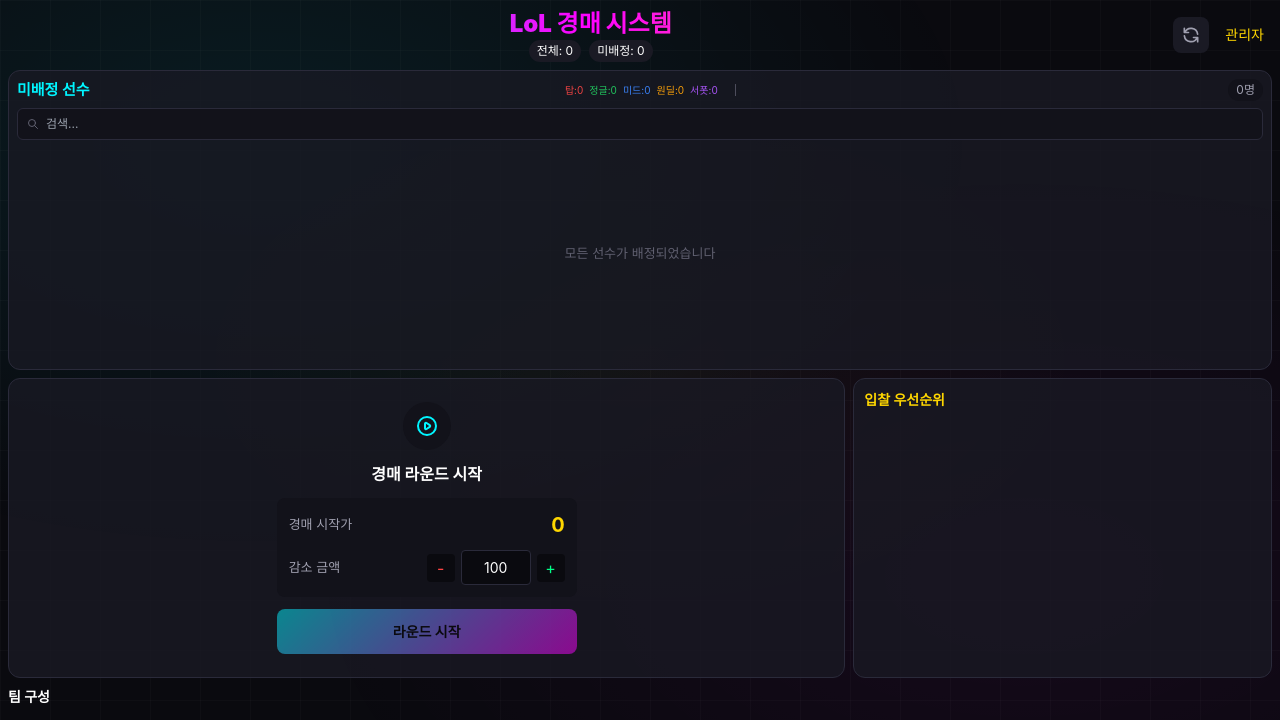
Repository: haamin-choi-imweb-me/lol-auction
Page: /
These files come from the project's save history. The page is drawn as it stood at one moment and after the next save; the edit follows.
The browser window is 1280 px wide. The pictures show the whole page.
The page's requests for data from a server got no answer. Some web fonts or font styles are not loaded; a fallback is used. The project was rebuilt for these pictures with package versions that can differ from the ones it lists, and the page was loaded fresh each time. The framework's server and built-in components were replaced by stand-ins that run in the browser. No one was signed in, and anything a server would have sent is missing. Also part of the build but not shown: next.config.js, src/components/TeamCard.tsx.

Above is the page before, as saved 2025-12-04 04:22:00.

After the next save:
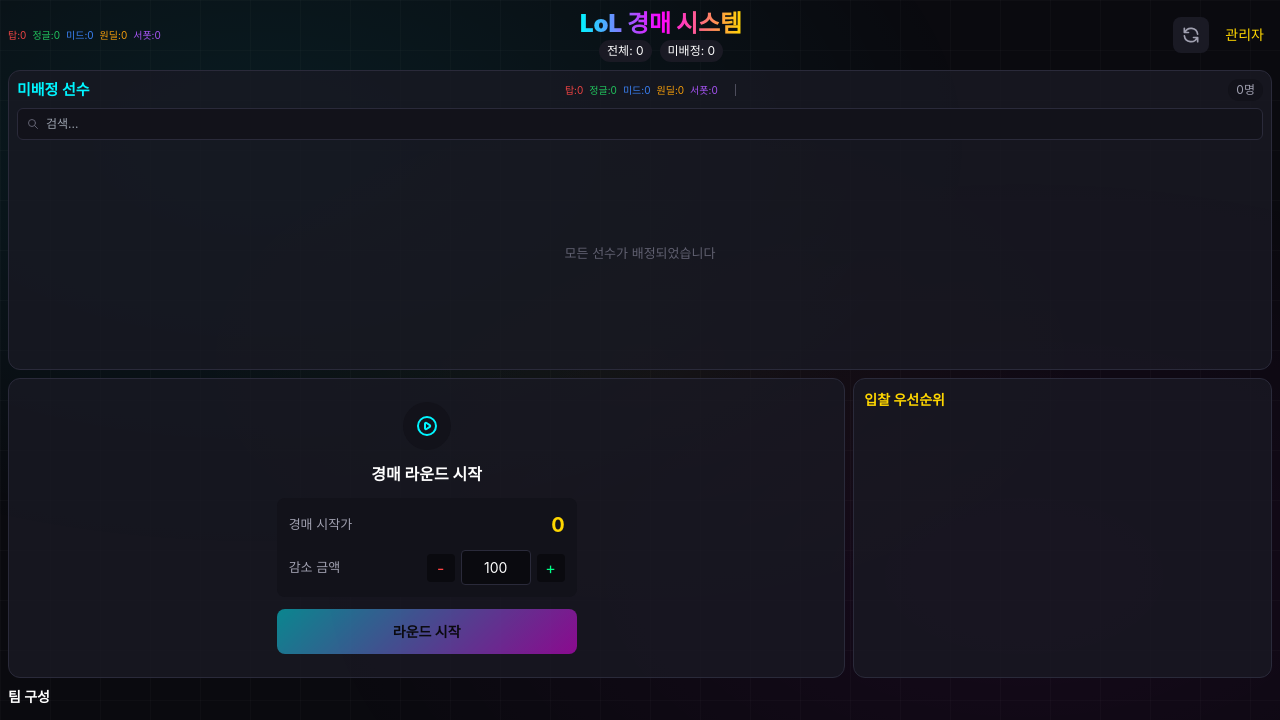
Saved 10 min 12 s later.
--- a/src/app/page.tsx
+++ b/src/app/page.tsx
@@ -33,6 +33,29 @@
     [state.teams, sortTeamsByPoints]
   );
 
+  // 라인별 통계
+  const roleStats = useMemo(() => {
+    const stats = { 탑: 0, 정글: 0, 미드: 0, 원딜: 0, 서폿: 0 };
+    state.availablePlayers.forEach(p => {
+      if (stats[p.mainRole as keyof typeof stats] !== undefined) {
+        stats[p.mainRole as keyof typeof stats]++;
+      }
+    });
+    return stats;
+  }, [state.availablePlayers]);
+
+  // 티어별 통계
+  const tierStats = useMemo(() => {
+    const stats = { 챌린저: 0, 그랜드마스터: 0, 마스터: 0, 다이아: 0, 에메랄드: 0, 플레티넘: 0, 골드: 0, 실버: 0, 브론즈: 0, 아이언: 0 };
+    state.availablePlayers.forEach(p => {
+      const baseTier = p.tier.replace(/[1-4]$/, '');
+      if (stats[baseTier as keyof typeof stats] !== undefined) {
+        stats[baseTier as keyof typeof stats]++;
+      }
+    });
+    return stats;
+  }, [state.availablePlayers]);
+
   const currentBidderId = state.currentRound?.bidOrder[state.currentRound.currentBidderIndex]?.leader.id;
 
   if (isLoading) {
@@ -47,7 +70,16 @@
     <div style={{ height: '100vh', display: 'flex', flexDirection: 'column', padding: '8px', gap: '8px', overflow: 'hidden' }}>
       {/* Header */}
       <header style={{ display: 'flex', alignItems: 'center', justifyContent: 'space-between', flexShrink: 0 }}>
-        <div style={{ flex: 1, textAlign: 'center' }}>
+        {/* 라인별 통계 */}
+        <div style={{ display: 'flex', gap: '6px', fontSize: '10px', color: 'var(--text-muted)' }}>
+          <span style={{ color: '#ef4444' }}>탑:{roleStats.탑}</span>
+          <span style={{ color: '#22c55e' }}>정글:{roleStats.정글}</span>
+          <span style={{ color: '#3b82f6' }}>미드:{roleStats.미드}</span>
+          <span style={{ color: '#f59e0b' }}>원딜:{roleStats.원딜}</span>
+          <span style={{ color: '#a855f7' }}>서폿:{roleStats.서폿}</span>
+        </div>
+
+        <div style={{ textAlign: 'center' }}>
           <h1 className="text-2xl font-black bg-gradient-to-r from-[var(--accent-cyan)] via-[var(--accent-magenta)] to-[var(--accent-gold)] bg-clip-text text-transparent">
             LoL 경매 시스템
           </h1>
@@ -56,15 +88,31 @@
             <span className="px-2 py-0.5 rounded-full bg-[var(--bg-card)]">미배정: {state.availablePlayers.length}</span>
           </div>
         </div>
-        <div style={{ display: 'flex', gap: '8px' }}>
-          <button onClick={refreshData} className="p-2 rounded-lg bg-[var(--bg-card)] text-[var(--text-secondary)]">
-            <svg className="w-5 h-5" fill="none" stroke="currentColor" viewBox="0 0 24 24">
-              <path strokeLinecap="round" strokeLinejoin="round" strokeWidth={2} d="M4 4v5h.582m15.356 2A8.001 8.001 0 004.582 9m0 0H9m11 11v-5h-.581m0 0a8.003 8.003 0 01-15.357-2m15.357 2H15" />
-            </svg>
-          </button>
-          <Link href="/admin" className="p-2 rounded-lg bg-[var(--accent-gold)]/20 text-[var(--accent-gold)] text-sm font-medium">
-            관리자
-          </Link>
+
+        {/* 티어별 통계 + 버튼 */}
+        <div style={{ display: 'flex', alignItems: 'center', gap: '12px' }}>
+          <div style={{ display: 'flex', gap: '4px', fontSize: '10px', color: 'var(--text-muted)' }}>
+            {tierStats.챌린저 > 0 && <span style={{ color: '#f43f5e' }}>챌:{tierStats.챌린저}</span>}
+            {tierStats.그랜드마스터 > 0 && <span style={{ color: '#dc2626' }}>그마:{tierStats.그랜드마스터}</span>}
+            {tierStats.마스터 > 0 && <span style={{ color: '#a855f7' }}>마:{tierStats.마스터}</span>}
+            {tierStats.다이아 > 0 && <span style={{ color: '#22d3ee' }}>다:{tierStats.다이아}</span>}
+            {tierStats.에메랄드 > 0 && <span style={{ color: '#10b981' }}>에:{tierStats.에메랄드}</span>}
+            {tierStats.플레티넘 > 0 && <span style={{ color: '#06b6d4' }}>플:{tierStats.플레티넘}</span>}
+            {tierStats.골드 > 0 && <span style={{ color: '#fbbf24' }}>골:{tierStats.골드}</span>}
+            {tierStats.실버 > 0 && <span style={{ color: '#9ca3af' }}>실:{tierStats.실버}</span>}
+            {tierStats.브론즈 > 0 && <span style={{ color: '#b45309' }}>브:{tierStats.브론즈}</span>}
+            {tierStats.아이언 > 0 && <span style={{ color: '#78716c' }}>아:{tierStats.아이언}</span>}
+          </div>
+          <div style={{ display: 'flex', gap: '8px' }}>
+            <button onClick={refreshData} className="p-2 rounded-lg bg-[var(--bg-card)] text-[var(--text-secondary)]">
+              <svg className="w-5 h-5" fill="none" stroke="currentColor" viewBox="0 0 24 24">
+                <path strokeLinecap="round" strokeLinejoin="round" strokeWidth={2} d="M4 4v5h.582m15.356 2A8.001 8.001 0 004.582 9m0 0H9m11 11v-5h-.581m0 0a8.003 8.003 0 01-15.357-2m15.357 2H15" />
+              </svg>
+            </button>
+            <Link href="/admin" className="p-2 rounded-lg bg-[var(--accent-gold)]/20 text-[var(--accent-gold)] text-sm font-medium">
+              관리자
+            </Link>
+          </div>
         </div>
       </header>
 

After the 2 saves that followed:
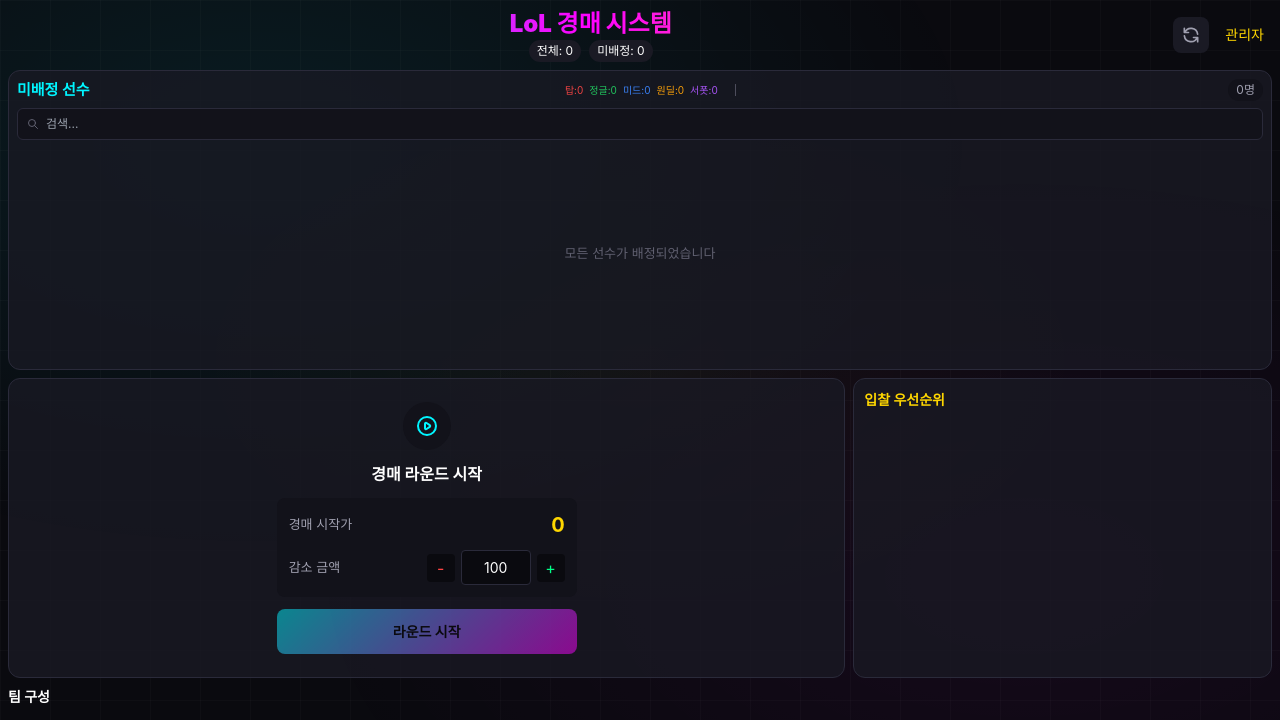
The 2 saves are shown as one change because 1 left the picture as it was.
The last was saved 100 s later.
--- a/src/app/page.tsx
+++ b/src/app/page.tsx
@@ -33,29 +33,6 @@
     [state.teams, sortTeamsByPoints]
   );
 
-  // 라인별 통계
-  const roleStats = useMemo(() => {
-    const stats = { 탑: 0, 정글: 0, 미드: 0, 원딜: 0, 서폿: 0 };
-    state.availablePlayers.forEach(p => {
-      if (stats[p.mainRole as keyof typeof stats] !== undefined) {
-        stats[p.mainRole as keyof typeof stats]++;
-      }
-    });
-    return stats;
-  }, [state.availablePlayers]);
-
-  // 티어별 통계
-  const tierStats = useMemo(() => {
-    const stats = { 챌린저: 0, 그랜드마스터: 0, 마스터: 0, 다이아: 0, 에메랄드: 0, 플레티넘: 0, 골드: 0, 실버: 0, 브론즈: 0, 아이언: 0 };
-    state.availablePlayers.forEach(p => {
-      const baseTier = p.tier.replace(/[1-4]$/, '');
-      if (stats[baseTier as keyof typeof stats] !== undefined) {
-        stats[baseTier as keyof typeof stats]++;
-      }
-    });
-    return stats;
-  }, [state.availablePlayers]);
-
   const currentBidderId = state.currentRound?.bidOrder[state.currentRound.currentBidderIndex]?.leader.id;
 
   if (isLoading) {
@@ -70,16 +47,7 @@
     <div style={{ height: '100vh', display: 'flex', flexDirection: 'column', padding: '8px', gap: '8px', overflow: 'hidden' }}>
       {/* Header */}
       <header style={{ display: 'flex', alignItems: 'center', justifyContent: 'space-between', flexShrink: 0 }}>
-        {/* 라인별 통계 */}
-        <div style={{ display: 'flex', gap: '6px', fontSize: '10px', color: 'var(--text-muted)' }}>
-          <span style={{ color: '#ef4444' }}>탑:{roleStats.탑}</span>
-          <span style={{ color: '#22c55e' }}>정글:{roleStats.정글}</span>
-          <span style={{ color: '#3b82f6' }}>미드:{roleStats.미드}</span>
-          <span style={{ color: '#f59e0b' }}>원딜:{roleStats.원딜}</span>
-          <span style={{ color: '#a855f7' }}>서폿:{roleStats.서폿}</span>
-        </div>
-
-        <div style={{ textAlign: 'center' }}>
+        <div style={{ flex: 1, textAlign: 'center' }}>
           <h1 className="text-2xl font-black bg-gradient-to-r from-[var(--accent-cyan)] via-[var(--accent-magenta)] to-[var(--accent-gold)] bg-clip-text text-transparent">
             LoL 경매 시스템
           </h1>
@@ -88,31 +56,15 @@
             <span className="px-2 py-0.5 rounded-full bg-[var(--bg-card)]">미배정: {state.availablePlayers.length}</span>
           </div>
         </div>
-
-        {/* 티어별 통계 + 버튼 */}
-        <div style={{ display: 'flex', alignItems: 'center', gap: '12px' }}>
-          <div style={{ display: 'flex', gap: '4px', fontSize: '10px', color: 'var(--text-muted)' }}>
-            {tierStats.챌린저 > 0 && <span style={{ color: '#f43f5e' }}>챌:{tierStats.챌린저}</span>}
-            {tierStats.그랜드마스터 > 0 && <span style={{ color: '#dc2626' }}>그마:{tierStats.그랜드마스터}</span>}
-            {tierStats.마스터 > 0 && <span style={{ color: '#a855f7' }}>마:{tierStats.마스터}</span>}
-            {tierStats.다이아 > 0 && <span style={{ color: '#22d3ee' }}>다:{tierStats.다이아}</span>}
-            {tierStats.에메랄드 > 0 && <span style={{ color: '#10b981' }}>에:{tierStats.에메랄드}</span>}
-            {tierStats.플레티넘 > 0 && <span style={{ color: '#06b6d4' }}>플:{tierStats.플레티넘}</span>}
-            {tierStats.골드 > 0 && <span style={{ color: '#fbbf24' }}>골:{tierStats.골드}</span>}
-            {tierStats.실버 > 0 && <span style={{ color: '#9ca3af' }}>실:{tierStats.실버}</span>}
-            {tierStats.브론즈 > 0 && <span style={{ color: '#b45309' }}>브:{tierStats.브론즈}</span>}
-            {tierStats.아이언 > 0 && <span style={{ color: '#78716c' }}>아:{tierStats.아이언}</span>}
-          </div>
-          <div style={{ display: 'flex', gap: '8px' }}>
-            <button onClick={refreshData} className="p-2 rounded-lg bg-[var(--bg-card)] text-[var(--text-secondary)]">
-              <svg className="w-5 h-5" fill="none" stroke="currentColor" viewBox="0 0 24 24">
-                <path strokeLinecap="round" strokeLinejoin="round" strokeWidth={2} d="M4 4v5h.582m15.356 2A8.001 8.001 0 004.582 9m0 0H9m11 11v-5h-.581m0 0a8.003 8.003 0 01-15.357-2m15.357 2H15" />
-              </svg>
-            </button>
-            <Link href="/admin" className="p-2 rounded-lg bg-[var(--accent-gold)]/20 text-[var(--accent-gold)] text-sm font-medium">
-              관리자
-            </Link>
-          </div>
+        <div style={{ display: 'flex', gap: '8px' }}>
+          <button onClick={refreshData} className="p-2 rounded-lg bg-[var(--bg-card)] text-[var(--text-secondary)]">
+            <svg className="w-5 h-5" fill="none" stroke="currentColor" viewBox="0 0 24 24">
+              <path strokeLinecap="round" strokeLinejoin="round" strokeWidth={2} d="M4 4v5h.582m15.356 2A8.001 8.001 0 004.582 9m0 0H9m11 11v-5h-.581m0 0a8.003 8.003 0 01-15.357-2m15.357 2H15" />
+            </svg>
+          </button>
+          <Link href="/admin" className="p-2 rounded-lg bg-[var(--accent-gold)]/20 text-[var(--accent-gold)] text-sm font-medium">
+            관리자
+          </Link>
         </div>
       </header>
 
@@ -126,7 +78,7 @@
         />
       </div>
 
-      {/* Auction + Leaderboard - 고정 260px */}
+      {/* Auction + Leaderboard */}
       <div style={{ height: '300px', flexShrink: 0, display: 'grid', gridTemplateColumns: '2fr 1fr', gap: '8px', position: 'relative', overflow: 'hidden' }}>
         <div style={{ position: 'relative', overflow: 'hidden' }}>
           <AuctionPanel
@@ -145,7 +97,7 @@
         </div>
       </div>
 
-      {/* Team cards - 남은 공간 */}
+      {/* Team cards */}
       <div style={{ flex: 1, minHeight: '100px', position: 'relative', overflow: 'hidden', display: 'flex', flexDirection: 'column' }}>
         <h2 style={{ fontSize: '14px', fontWeight: 'bold', marginBottom: '4px', flexShrink: 0 }}>팀 구성</h2>
         <div style={{ flex: 1, minHeight: 0, display: 'grid', gridTemplateColumns: 'repeat(3, 1fr)', gap: '8px', overflowY: 'auto' }}>
